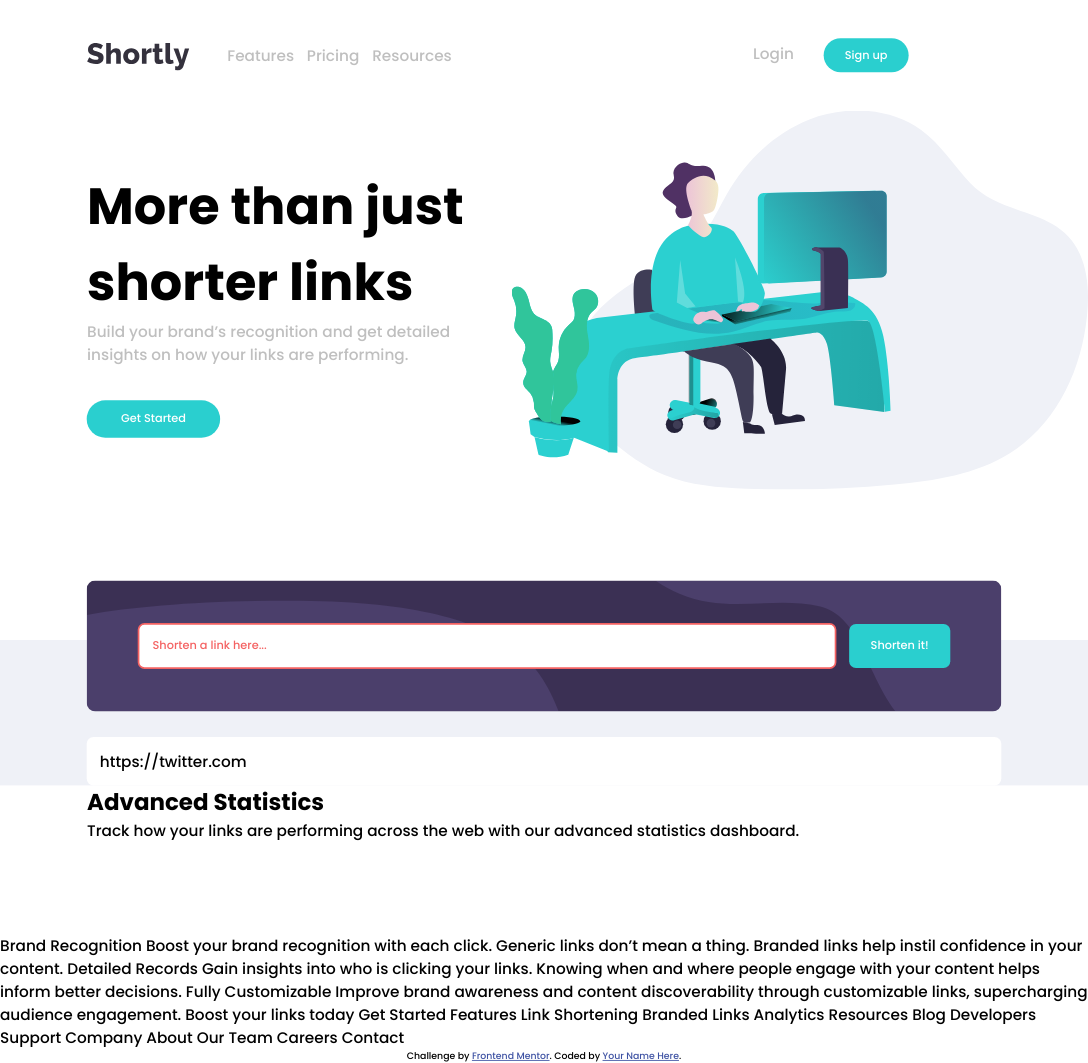
Repository: mamulini/URL-shortener
Page: index.html
The author's editor kept a copy of each file at every save. The page is drawn from the files as they stood at one save, then again after the next save.
The browser window is 1280 px wide. The pictures show the whole page, at 85% of full size.
The style sheet was rebuilt from its Sass, Less or Tailwind sources for each picture, by a compiler version that may differ from the author's.

Above is the page before, as saved 2020-04-11 22:41:01.

### index.html
<!DOCTYPE html>
<html lang="en">
<head>
  <meta charset="UTF-8">
  <meta name="viewport" content="width=device-width, initial-scale=1.0"> <!-- displays site properly based on user's device -->

  <link rel="icon" type="image/png" sizes="32x32" href="./images/favicon-32x32.png">
  <link rel="stylesheet" href="./sass/main.css">

  <title>Frontend Mentor | Shortly URL shortening API Challenge</title>

  <!-- Feel free to remove these styles or customise in your own stylesheet 👍 -->

</head>
<body>
  <header class="header container">
    <a href="/" class="header__logo"><img src="./images/logo.svg" alt="logo">
    </a>
    <nav class="nav">
      <ul class="nav__menu">
        <li class="nav__item"><a class="nav__link" href="#">Features</a></li>
        <li class="nav__item"><a class="nav__link" href="#">Pricing</a></li>
        <li class="nav__item"><a class="nav__link" href="#">Resources</a></li>
      </ul>
    </nav>
    <div class="user">
      <a class="user__login" href="#" >Login</a>
      <button class="user__sign-up btn--blue" type="button">Sign up</button>
    </div>

  </header>
  <main class="main">
    <div class="intro">
      <div class="intro__description">
        <h1 class="intro__title">More than just shorter links</h1>
        <p class="intro__subtitle">Build your brand’s recognition and get detailed <br> insights
          on how your links are performing.</p>
        <button class="intro__btn btn--blue">Get Started</button>

      </div>
      <div class="intro__img">
        <img src="./images/illustration-working.svg" alt="image">
      </div>
    </div>
    <div class="shorten ">
      <div class="shorten__handler container">
        <form class="shorten__form">
          <input class="shorten__input" type="text" value="" placeholder="Shorten a link here...">
          <button class="shorten__btn btn--blue" type="button">Shorten it!</button>
        </form>
      </div>
      <div class="shorten__link container">
        https://twitter.com
      </div>
    </div>
    <div class="statistics container">
      <h2 class="statistics__title">Advanced Statistics</h2>
      <p class="statistics__subtitle">Track how your links are performing across the web with our
        advanced statistics dashboard.</p>
        <div class="blocks">
          <img src="" alt="" class="blocks__icon">
          <h3 class="blocks__title"></h3>
          <p class="blocks__subtitle"></p>
        </div>
    </div>
  </main>

  <br>
  <br>
  <br>














  Brand Recognition

  Boost your brand recognition with each click. Generic links don’t
  mean a thing. Branded links help instil confidence in your content.

  Detailed Records

  Gain insights into who is clicking your links. Knowing when and where
  people engage with your content helps inform better decisions.

  Fully Customizable

  Improve brand awareness and content discoverability through customizable
  links, supercharging audience engagement.

  Boost your links today

  Get Started

  Features

  Link Shortening
  Branded Links
  Analytics

  Resources

  Blog
  Developers
  Support

  Company

  About
  Our Team
  Careers
  Contact

  <div class="attribution">
    Challenge by <a href="https://www.frontendmentor.io?ref=challenge" target="_blank">Frontend Mentor</a>.
    Coded by <a href="#">Your Name Here</a>.
  </div>
</body>
</html>

### sass/main.scss
@import url('https://fonts.googleapis.com/css2?family=Poppins:wght@500;700&display=swap');

// colors
$text_gray: hsl(0, 0%, 75%);
$cyan_btn:  hsl(180, 66%, 49%);
$dark_violet : hsl(257, 27%, 26%);
$red : hsl(0, 87%, 67%);

* {
    padding: 0;
    margin: 0;
    box-sizing: border-box;
}

body{
    font-size: 18px;
    font-family: 'poppins', sans-serif;
    font-weight: 500;

}

img {
    max-width: 100%;
}

.container {
    max-width: 84%;
    margin: 0 auto;
}

.header {
    margin-top: 40px;
    margin-bottom: 40px;
    display: flex;
    justify-content: flex-start;
    align-items: center;
    &__logo{
        flex: 0 0 25%;
        max-width: 150px;
        margin-top: 10px;
    }
}

.nav{
    flex: 0 0 25%;
    &__menu{
        display: flex;
        justify-content: space-between;
        list-style: none;

    }

    &__item{
        margin-left: 15px;
    }

    &__link{
        text-decoration: none;
        color: $text_gray;
        &:hover{
            color: #000000;
        }
    }
}

.user{
    flex: 0 0 50%;
    text-align: right;

    &__login{
        color: $text_gray;
        margin-right: 30px;
        text-decoration: none;
        &:hover{
            color: #000000;
        }
    }
}

.btn--blue{
    padding: 10px 25px;
    border: none;
    cursor: pointer;
    display: inline-block;
    border-radius: 50px;
    background: $cyan_btn;
    outline: none;
    color: #ffffff;
    font-family: 'poppins', sans-serif;
    font-weight: 500;

    &:hover{
        opacity: .5;
    }

    &:active{
        transform: scale(0.90);
    }
}

.intro{
    display: flex;
    justify-content: space-between;

    &__description{
        display: flex;
        flex-direction: column;
        justify-content: center;
        align-items: flex-start;
        max-width: 500px;
        margin-left: 8%;
    }

    &__title {
        font-size: 60px;
    }

    &__subtitle {
        text-align-last: left;
        color: $text_gray;
    }

    &__btn{
        margin-top: 40px;
        padding: 12px 40px;
    }
}

.shorten{
    background: #eff1f7;
    margin-top: 170px;

    &__handler{
        background-image: url('../images/bg-shorten-desktop.svg');
        background-position: center;
        background-size: cover;
        background-color: $dark_violet;
        border-radius: 10px;
        position: relative;
        top: -70px;
        margin-bottom: -60px;
    }

    &__form{
        display: flex;
        justify-content: space-between;
        align-items: center;
        padding: 50px 60px;
    }

    &__input{
        flex: 1;
        padding: 15px;
        border-radius: 8px;
        margin-right: 15px;
        font-family:'poppins', sans-serif;
        border: 2px solid $red;
        outline: none;
         &::placeholder{
            color: $red;
         }
    }

    &__btn{
        border-radius: 8px;
        padding-top: 15px;
        padding-bottom: 17px;
    }

    &__link{
        background: #ffffff;
        padding: 15px;
        margin-top: 20px;
        border-radius: 8px;
    }
}

.attribution { font-size: 11px; text-align: center; }
.attribution a { color: hsl(228, 45%, 44%); }

After the next save:
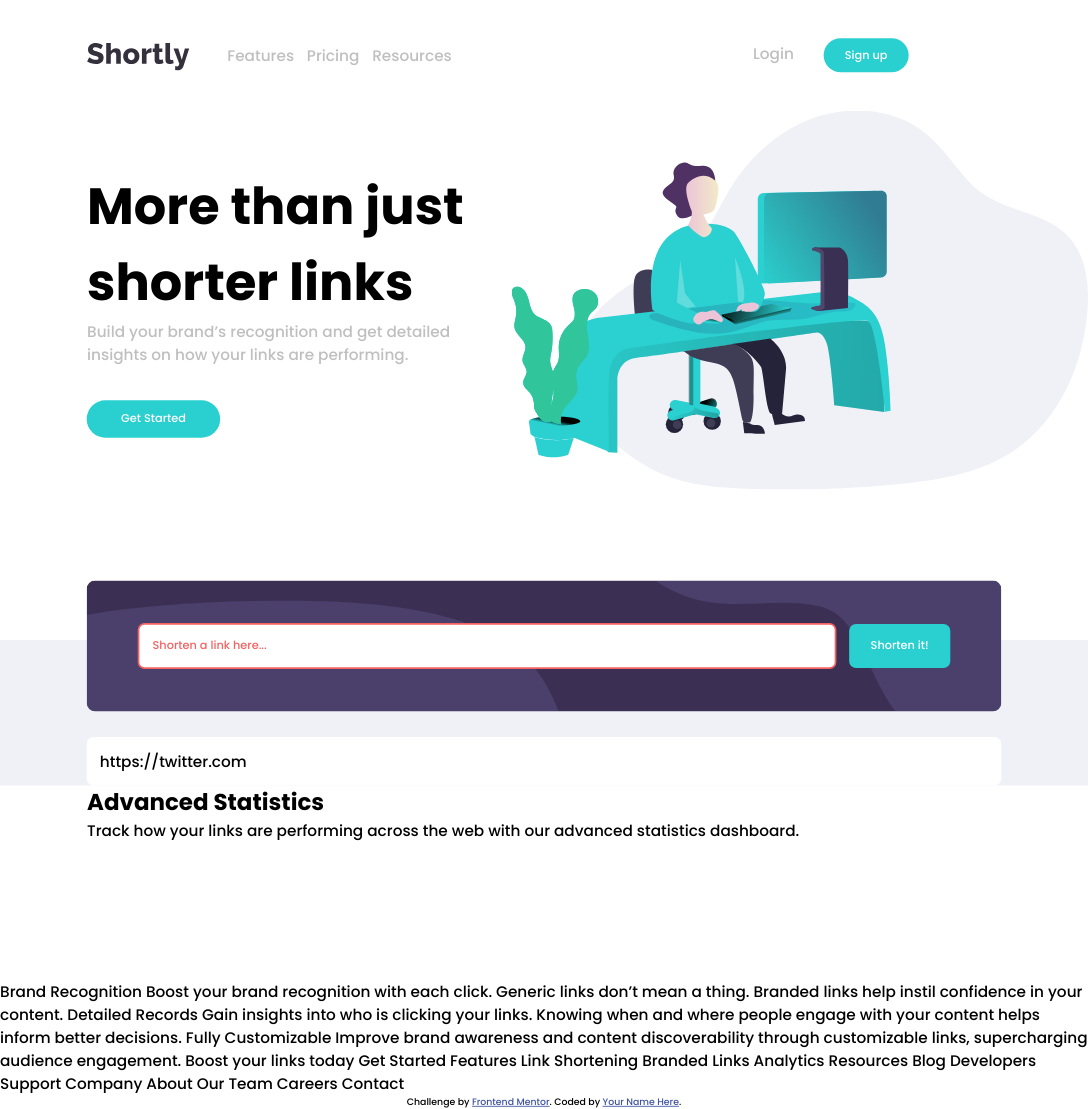
Saved 16 s later.
--- a/index.html
+++ b/index.html
@@ -57,6 +57,16 @@
       <h2 class="statistics__title">Advanced Statistics</h2>
       <p class="statistics__subtitle">Track how your links are performing across the web with our
         advanced statistics dashboard.</p>
+        <div class="blocks">
+          <img src="" alt="" class="blocks__icon">
+          <h3 class="blocks__title"></h3>
+          <p class="blocks__subtitle"></p>
+        </div>
+        <div class="blocks">
+          <img src="" alt="" class="blocks__icon">
+          <h3 class="blocks__title"></h3>
+          <p class="blocks__subtitle"></p>
+        </div>
         <div class="blocks">
           <img src="" alt="" class="blocks__icon">
           <h3 class="blocks__title"></h3>
